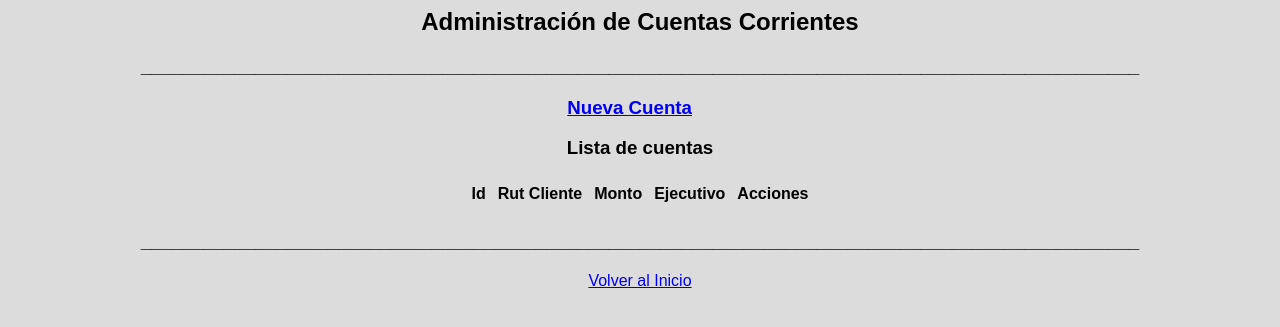
Repository: miguelalvarezcl/examen
Page: http://localhost/CtaCorriente/listCuentabd
These files come from the project's save history. The page is drawn as it stood at one moment and after the next save; the edit follows.
The browser window is 1280 px wide. The pictures show the whole page.
The page is served by Tomcat 9. Queries for data that is not in the repository find no rows.

Above is the page before, as saved 2021-11-13 22:30:04.

After the next save:
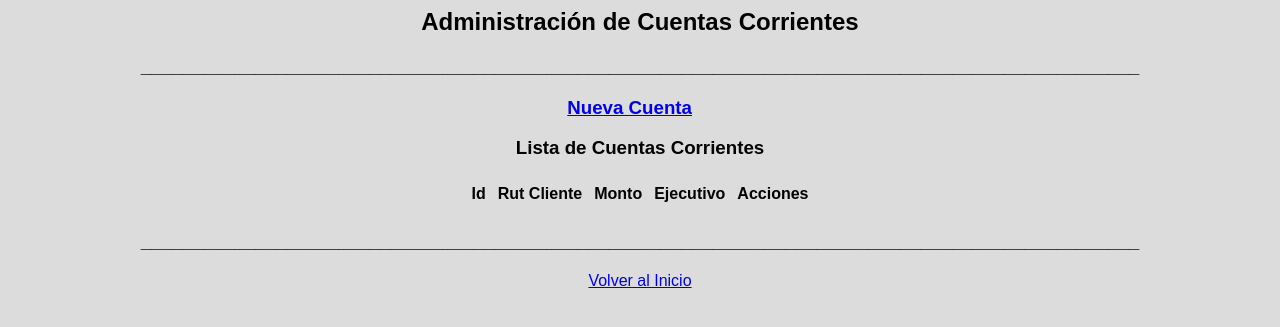
Saved 3 min 40 s later.
--- a/CtaCorriente/WebContent/ListaCuentas.jsp
+++ b/CtaCorriente/WebContent/ListaCuentas.jsp
@@ -17,7 +17,7 @@
     </center>
     <div align="center">
         <table border="0" cellpadding="5">
-            <h3>Lista de cuentas</h3>
+            <h3>Lista de Cuentas Corrientes</h3>
             <tr>
                 <th>Id</th>
                 <th>Rut Cliente</th>
